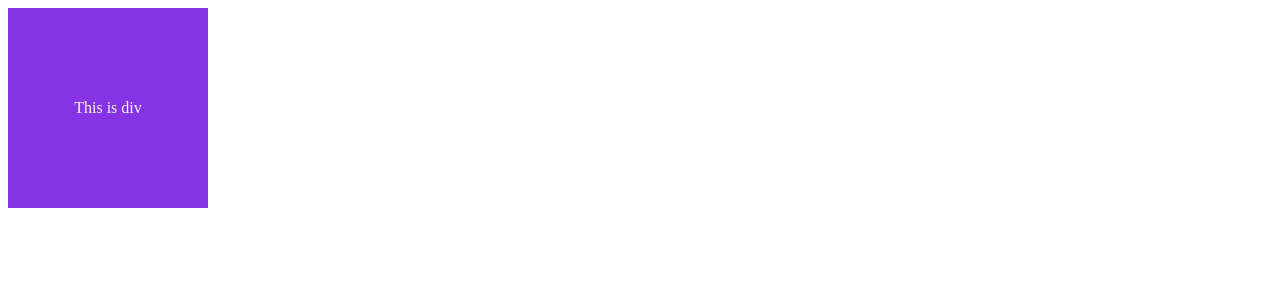
Repository: rakeshkolpepatil/CSS_Apana_College
Page: index.html
An editor plug-in stored every save of this project. The page is shown before and after the next save, followed by the edit.
The browser window is 1280 px wide. The pictures show the whole page.
The pointer rests on the first visible `div`.

Above is the page before, as saved 2023-06-26 12:47:02.

After the next save:
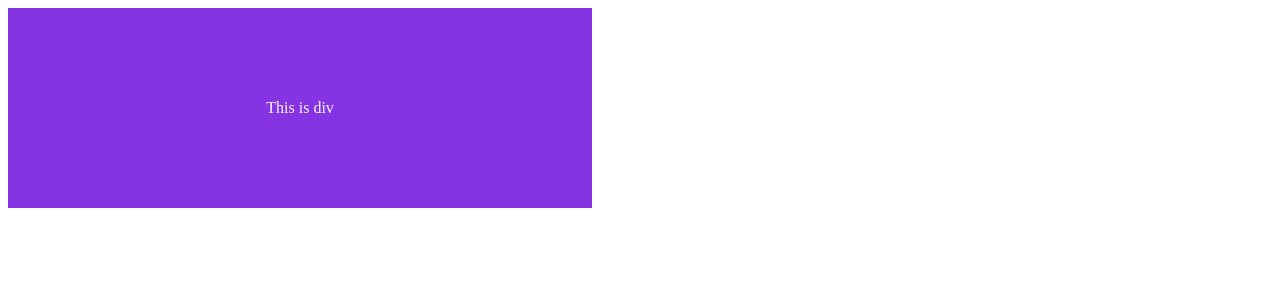
Saved 40 s later.
--- a/transition.css
+++ b/transition.css
@@ -18,4 +18,5 @@ div{
 div:hover{
   background-color:blueviolet;
   color: white;
+  width: 600px;
 }
